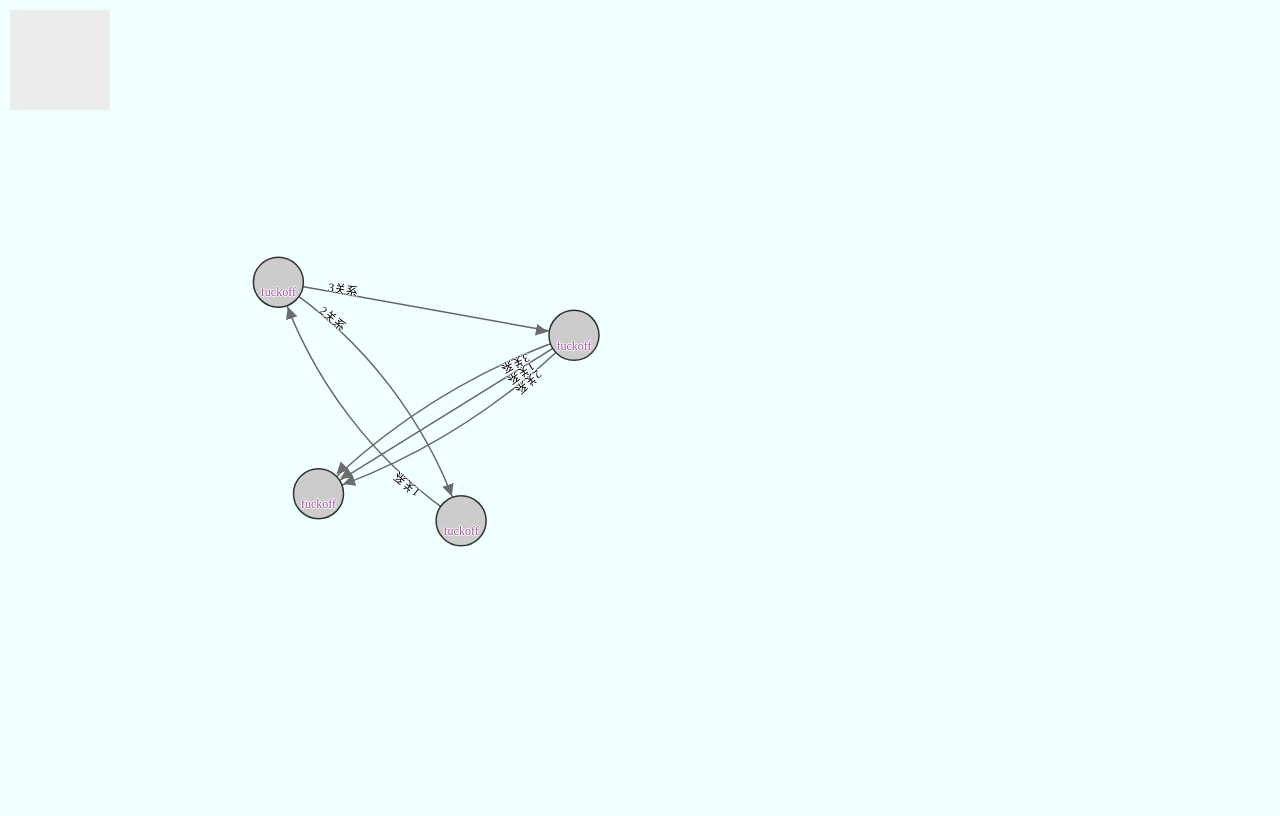
Repository: 467469274/fource
Page: index.html
These files come from the project's save history. The page is drawn as it stood at one moment and after the next save; the edit follows.
The browser window is 1280 px wide. The pictures show the whole page.
Some web libraries are served in a nearby version.

Above is the page before, as saved 2020-10-28 11:03:50.
Console error: ReferenceError: drawThumb is not defined

### index.html
<html>
  <head>
    <meta charset="utf-8" />
    <title>关系图示例</title>
    <style>
      .div-left {
        float: right;
      }
    </style>
    <!--  <script charset="utf-8" src="/ews/js/r2d3.min.js"></script> -->
    <!-- <script charset="utf-8" src="d3.v4.min.js"></script> -->
    <script src="http://d3js.org/d3.v5.min.js"></script>
    <script src="http://libs.baidu.com/jquery/2.0.0/jquery.min.js"></script>
    <script src="./index.js"></script>
    <link rel="stylesheet" href="./index.css" />
  </head>
  <body id="body" bgcolor="#F0Ffff">
    <div id="thumbMap"></div>
    <script>
              var clickTime = "";
              var links = [
                {
                  targetname: "哇哈哈",
                  relaname: "1关系",
                  sourcename: "洗刷刷",
                  source: "bh001",
                  target: "bh002",

                },
                {
                  targetname: "哇哈哈",
                  relaname: "2关系",
                  sourcename: "洗刷刷",
                  source: "bh001",

                  target: "bh002",
                },
                {
                  targetname: "哇哈哈",
                  relaname: "3关系",
                  sourcename: "洗刷刷",

                  source: "bh001",
                  target: "bh002",
                },
                {
                  targetname: "喜洋洋",
                  relaname: "2关系",
                  sourcename: "美洋洋",

                  source: "bh003",
                  target: "bh004",
                },
                {
                  targetname: "洗刷刷",
                  relaname: "3关系",

                  sourcename: "喜洋洋",
                  source: "bh003",
                  target: "bh001",
                },
                {
                  targetname: "喜洋洋",
                  relaname: "1关系",
                  sourcename: "洗刷刷",
                  source: "bh004",

                  target: "bh003",
                },
              ];
              //关系分组
              var linkGroup = {};
              var tips = {};
              var startLoc = [];
              var endLoc = [];
              var drawFlag = "";
              const circleInfo = {
                r: 25,
                stroke: 1,
              };

              // console.log(Intersection.intersectShapes)
              const lineDots = {};
              //对连接线进行统计和分组，不区分连接线的方向，只要属于同两个实体，即认为是同一组
              var linkmap = {};
              for (var i = 0; i < links.length; i++) {
                var key =
                  links[i].source < links[i].target
                    ? links[i].source + ":" + links[i].target
                    : links[i].target + ":" + links[i].source;
                if (!linkmap.hasOwnProperty(key)) {
                  linkmap[key] = 0;
                }
                linkmap[key] += 1;
                if (!linkGroup.hasOwnProperty(key)) {
                  linkGroup[key] = [];
                }
                linkGroup[key].push(links[i]);
              }
              //为每一条连接线分配size属性，同时对每一组连接线进行编号
              for (var i = 0; i < links.length; i++) {
                var key =
                  links[i].source < links[i].target
                    ? links[i].source + ":" + links[i].target
                    : links[i].target + ":" + links[i].source;
                links[i].size = linkmap[key];
                //同一组的关系进行编号
                var group = linkGroup[key];
                var keyPair = key.split(":");
                var type = "noself"; //标示该组关系是指向两个不同实体还是同一个实体
                if (keyPair[0] == keyPair[1]) {
                  type = "self";
                }
                //给节点分配编号
                setLinkNumber(group, type);
              }
              //定义参数
              var nodes = {};
              for (var i = 0; i < links.length; i++) {
                var link = links[i];
                link.selected = false;
                link.previouslySelected = false;
                link.source = nodes[link.source] = {name:link.source}
                link.target = nodes[link.target] = {name:link.target}
              }
              const ars = []
              Object.keys(nodes).forEach(key=>{
                ars.push(nodes[key])
              })
              links.forEach(function (e) {
              var sourceNode = ars.filter(function (n) {
                          return n.name === e.source.name;
                      })[0],
                      targetNode = ars.filter(function (n) {
                          return n.name === e.target.name;
                      })[0];
              e.source = sourceNode
              e.target = targetNode
          });

              //可以定义展示大小
              var width = 800,
                height = 800;
                var force = d3.forceSimulation()
            .force("link",d3.forceLink())
            .force("charge",d3.forceManyBody())
            .force("center",d3.forceCenter());
            //生成节点数据
            force.nodes(ars)
            .on("tick", tick);
        //生成边数据
        force.force("link")
            .links(links)
            .distance(300)
        // //设置图形的中心位置
        force.force("center")
            .x(width/2)
            .y(height/2);


              var svg = d3
                .select("body")
                .append("svg")
                .attr("width", width)
                .attr("height", height);

              //箭头
              var marker = svg
                .append("marker")
                .attr("id", function (d) {
                  return d;
                })
                .attr("id", "resolved")
                .attr("markerUnits", "strokeWidth") //设置为strokeWidth箭头会随着线的粗细发生变化
                .attr("markerUnits", "userSpaceOnUse")
                .attr("viewBox", "0 -5 10 10") //坐标系的区域
                .attr("refX", 32) //箭头坐标
                .attr("refY", -1)
                .attr("markerWidth", 12) //标识的大小
                .attr("markerHeight", 12)
                .attr("orient", "auto") //绘制方向，可设定为：auto（自动确认方向）和 角度值
                .attr("stroke-width", 2) //箭头宽度
                .append("path")
                .attr("d", "M0,-5L10,0L0,5") //箭头的路径
                .attr("fill", "#6c6c6c"); //箭头颜色

              // 将连接线设置为曲线
              var path = drawPath(svg)
                .on("mousemove", function (e) {
                  setTips(e, `${e.sourcename}=>${e.targetname}`);
                })
                .on("mouseout", function (e) {
                  initTips(e);
                })
                //设置直线上的字
              var edges_text = drawText(svg)

              //圆圈
              var circle = drawCircle(svg)
                .on("dblclick", function (node) {
                  // alert("names:"+node.names+" , name:"+node.name);
                  console.log(123);
                })
                //给圆圈添加单机事件
                .on("click", function (node) {
                  //单击时圆圈上的字
                  text.style("fill", function (data) {
                    return "#fff";
                  });
                  //单击时圆圈边线宽度
                  circle.style("stroke-width", function (data) {
                    return 10;
                  });
                  //单击时圆圈背景色
                  circle.style("fill", function (data) {
                    var color = "#FFFAF0"; //圆圈背景色
                  });
                  //单击时圆圈边缘线颜色
                  circle.style("stroke", function (data) {
                    return "red";
                  });
                  //单击时让连接线加粗
                  path.style("stroke-width", function (line) {
                    return 5;
                  });
                  path.style("stroke", function (line) {
                    return "red";
                  });
                  //单击时让连接线文字
                  edges_text.style("fill", function (line) {
                    return "#000000";
                  });
                })
                .on("mousemove", function (e) {
                  setTips(e);
                })
                .on("mouseout", function (e) {
                  initTips(e);
                })

              //圆圈上的字
              var text = drawCircleText(svg)

              //定义坐标
              function tick() {
                path.attr("d", pathD);
                circle.attr("transform", transform1); //圆圈
                text.attr("transform", transform2); //顶点文字
                edges_text.attr("transform", function (d, i) {
                  if (d.target.x < d.source.x) {
                    bbox = this.getBBox();
                    rx = bbox.x + bbox.width / 2;
                    ry = bbox.y + bbox.height / 2;
                    return "rotate(180 " + rx + " " + ry + ")";
                  } else {
                    return "rotate(0)";
                  }
                });
                drawThumb()
              }
              function initTips(data) {
                Object.keys(tips).forEach((key) => {
                  if (key === data.name) {
                  }
                  tips[key].attr("display", "none");
                });
              }
              function setTips(data, text) {
                if (drawFlag) return;
                const { clientX: x, clientY: y } = d3.event;
                let target;
                if (tips[data.name]) {
                  target = tips[data.name];
                  target.attr("display", "block");
                } else {
                  target = svg.append("g");
                  target
                    .append("rect")
                    .attr("width", 100)
                    .attr("height", 100)
                    .attr("fill", "red")
                    .attr("rx", 10)
                    .attr("ry", 10);
                  target
                    .append("text")
                    .text(text || data.name)
                    .attr("fill", "white")
                    .attr("x", 20)
                    .attr("y", 20)
                    .attr("text-anchor", "start")
                    .style("font-size", "20px")
                    .style("user-select", "none")
                    .style("color", "blue")
                    .attr("dy", 8);
                  tips[data.name] = target;
                }
                target.select("text").attr("x", x + 20);
                target.select("text").attr("y", y + 20);
                target.select("rect").attr("x", x);
                target.select("rect").attr("y", y);
              }
              function setLinkNumber(group, type) {
                if (group.length == 0) return;
                //对该分组内的关系按照方向进行分类，此处根据连接的实体ASCII值大小分成两部分
                var linksA = [],
                  linksB = [];
                for (var i = 0; i < group.length; i++) {
                  var link = group[i];
                  if (link.source < link.target) {
                    linksA.push(link);
                  } else {
                    linksB.push(link);
                  }
                }
                //确定关系最大编号。为了使得连接两个实体的关系曲线呈现对称，根据关系数量奇偶性进行平分。
                //特殊情况：当关系都是连接到同一个实体时，不平分
                var maxLinkNumber = 0;
                if (type == "self") {
                  maxLinkNumber = group.length;
                } else {
                  maxLinkNumber =
                    group.length % 2 == 0 ? group.length / 2 : (group.length + 1) / 2;
                }
                //如果两个方向的关系数量一样多，直接分别设置编号即可
                if (linksA.length == linksB.length) {
                  var startLinkNumber = 1;
                  for (var i = 0; i < linksA.length; i++) {
                    linksA[i].linknum = startLinkNumber++;
                  }
                  startLinkNumber = 1;
                  for (var i = 0; i < linksB.length; i++) {
                    linksB[i].linknum = startLinkNumber++;
                  }
                } else {
                  //当两个方向的关系数量不对等时，先对数量少的那组关系从最大编号值进行逆序编号，然后在对另一组数量多的关系从编号1一直编号到最大编号，再对剩余关系进行负编号
                  //如果抛开负号，可以发现，最终所有关系的编号序列一定是对称的（对称是为了保证后续绘图时曲线的弯曲程度也是对称的）
                  var biggerLinks, smallerLinks;
                  if (linksA.length > linksB.length) {
                    biggerLinks = linksA;
                    smallerLinks = linksB;
                  } else {
                    biggerLinks = linksB;
                    smallerLinks = linksA;
                  }

                  var startLinkNumber = maxLinkNumber;
                  for (var i = 0; i < smallerLinks.length; i++) {
                    smallerLinks[i].linknum = startLinkNumber--;
                  }
                  var tmpNumber = startLinkNumber;

                  startLinkNumber = 1;
                  var p = 0;
                  while (startLinkNumber <= maxLinkNumber) {
                    biggerLinks[p++].linknum = startLinkNumber++;
                  }
                  //开始负编号
                  startLinkNumber = 0 - tmpNumber;
                  for (var i = p; i < biggerLinks.length; i++) {
                    biggerLinks[i].linknum = startLinkNumber++;
                  }
                }
              }
              function drawSquare() {
                var rect = svg
                  .append("rect")
                  .attr("width", 0)
                  .attr("height", 0)
                  .attr("fill", "rgba(33,20,50,0.3)")
                  .attr("stroke", "#ccc")
                  .attr("stroke-width", "2px")
                  .attr("transform", "translate(0,0)")
                  .attr("id", "squareSelect");

                svg.on("mousedown", function () {
                  if (d3.event.target.localName === "svg") {
                    clickTime = new Date().getTime(); //mark start time
                    drawFlag = true; //以drawFlag作为可执行圈选的标记
                    // rect.attr('x',d3.event.layerX)
                    // rect.attr('y',d3.event.layerY)
                    rect.attr(
                      "transform",
                      "translate(" + d3.event.layerX + "," + d3.event.layerY + ")"
                    );
                    rect.attr("endX", d3.event.layerX);
                    rect.attr("endY", d3.event.layerY);
                    startLoc = [d3.event.layerX, d3.event.layerY];
                  }
                });

                svg.on("mousemove", function () {
                  //判断事件target
                  if (drawFlag == true) {
                    var width = d3.event.layerX - startLoc[0];
                    var height = d3.event.layerY - startLoc[1];
                    let endX, endY;
                    // 各种反向
                    if (width < 0) {
                      rect.attr(
                        "transform",
                        "translate(" + d3.event.layerX + "," + startLoc[1] + ")"
                      );
                      endX = d3.event.layerX;
                      endY = startLoc[1];
                    }
                    if (height < 0) {
                      rect.attr(
                        "transform",
                        "translate(" + startLoc[0] + "," + d3.event.layerY + ")"
                      );
                      endX = startLoc[0];
                      endY = d3.event.layerY;
                    }
                    if (height < 0 && width < 0) {
                      rect.attr(
                        "transform",
                        "translate(" + d3.event.layerX + "," + d3.event.layerY + ")"
                      );

                      endX = d3.event.layerX;
                      endY = d3.event.layerY;
                    }
                    endX && rect.attr("endX", endX);
                    endY && rect.attr("endY", endY);
                    rect
                      .attr("width", Math.abs(width))
                      .attr("height", Math.abs(height));
                  }
                });

                svg.on("mouseup", function () {
                  var times = new Date().getTime() - clickTime;
                  if (drawFlag == true && times >= 100) {
                    d3.selectAll(".regionNode").attr("temp", function (d) {
                      console.log(d);
                      endLoc = [d3.event.layerX, d3.event.layerY]; // 框选结束的点的坐标
                      if (inSquare(d, endLoc)) {
                        d3.select(this)
                          .style("fill", function (d) {
                            return this.nodeName === "path" ? "" : "pink";
                          })
                          .style("stroke", function (d) {
                            return this.nodeName === "path" ? "pink" : "";
                          });
                      }
                    });
                    rect
                      .attr("width", 0)
                      .attr("height", 0)
                      .attr("endX", 0)
                      .attr("endY", 0)
                      .attr("opacity", 1);
                  }
                  drawFlag = false;
                });
              }
              drawSquare();


      var zoomHandler = d3.zoom()
        .scaleExtent([0.1, 10]) // zoom limit
        .translateExtent([[-100, -100], [this.width + 90, this.height + 100]]) // translate limit
        .on('zoom', () => {
          this.svgGraphContainer.attr('transform', d3.event.transform)
          this.axises.xContainer.call(this.axises.x.scale(d3.event.transform.rescaleX(this.axises.xScale)))
          this.axises.yContainer.call(this.axises.y.scale(d3.event.transform.rescaleY(this.axises.yScale)))
        })
      this.svg.call(this.zoomHandler)
    </script>
  </body>
</html>

### index.js
function drawCircleText() {
  return (
    svg
      .append("g")
      .selectAll("text")
      .data(force.nodes())
      //返回缺失元素的占位对象（placeholder），指向绑定的数据中比选定元素集多出的一部分元素。
      .enter()
      .append("text")
      .attr("dy", ".35em")
      .attr("text-anchor", "middle") //在圆圈中加上数据
      .attr("fill", "#A254A2") //在圆圈中加上数据
      .attr("user-select", "#none") //在圆圈中加上数据
      .attr("x", function (d) {
        d3.select(this)
            .append("tspan")
            .attr("x", 0)
            .attr("y", 10)
            .text(function () {
              return "fuckoff";
            });
      })
  );
}
function drawPath(svg, type) {
  return svg
    .append("g")
    .selectAll("path")
    .data(links)
    .enter()
    .append("path")
    .attr("class", function (d) {
      // return type==='thumb'?"":'link';
      return "link regionNode";
    })
    .attr("id", function (d, i) {
      return "edgepath" + i;
    })
    .attr("stroke", function (d) {
      //根据关联关系的不同设置线条颜色
      return "purple";
    })
    .attr("stroke-width", type === "thumb" ? 3 / 5 : 3) //线条粗细
    .attr("marker-end", type === "thumb" ? "" : "url(#resolved)");
}
function drawText(svg) {
 var edges_text = svg
    .append("g")
    .selectAll(".edgelabel")
    .data(links)
    .enter()
    .append("text")
    .attr("pointer-events", "none")
    .attr("user-select", "none")
    .attr("class", "linetext edgelabel")
    .attr("id",function (d, i) {
      return "edgepath" + i;
    },)
    .attr("dx",50)
    .attr("dy",0)
    .append("textPath")
    .attr("xlink:href", function (d, i) {
      return "#edgepath" + i;
    })
    .style("pointer-events", "none")
    .text(function (d) {
      return d.relaname;
    });
  return edges_text;
}
function drawCircle(svg, type) {
  const r = type === "thumb" ? circleInfo.r / 5 : circleInfo.r;
  var circle = svg
    .append("g")
    .selectAll("circle")
    .data(ars) //表示使用force.nodes数据
    .enter()
    .append("circle")
    .attr("stroke-width", function (data) {
      return 1;
    })
    .attr("class", "regionNode")
    .attr("fill", function (node) {
      //圆圈背景色
      //根据客户不同定义圆圈颜色
      return "blue";
    })
    .attr("stroke", function (node) {
      //圆圈线条的颜色
      return "orange";
    }).call(d3.drag()
            .on("start",started)
            .on("drag",dragged)
            .on("end",ended))
    .attr("r", r); //设置圆圈半径
  return circle;
}

        function started(d){
            if(!d3.event.active){
                force.alphaTarget(0.8).restart();//设置衰减系数，对节点位置移动过程的模拟，数值越高移动越快，数值范围[0，1]
            }
            d.fx = d.x;
            d.fy = d.y;
        }
        function dragged(d){
            d.fx = d3.event.x;
            d.fy = d3.event.y;
        }
        function ended(d){
            if(!d3.event.active){
              force.alphaTarget(0);
            }
            d.fx = null;
            d.fy = null;
        }
function inSquare(d, endLoc) {
  var leftTop = []; // LT 为框选左上角 x,y
  var rightBottom = []; // LT 为框选左上角 x,y
  if (endLoc[0] >= startLoc[0]) {
    leftTop[0] = startLoc[0];
    rightBottom[0] = endLoc[0];
  } else {
    leftTop[0] = endLoc[0];
    rightBottom[0] = startLoc[0];
  }

  if (endLoc[1] >= startLoc[1]) {
    leftTop[1] = startLoc[1];
    rightBottom[1] = endLoc[1];
  } else {
    leftTop[1] = endLoc[1];
    rightBottom[1] = startLoc[1];
  }
  return (
    d.x < rightBottom[0] &&
    d.x > leftTop[0] &&
    d.y > leftTop[1] &&
    d.y < rightBottom[1]
  );
}

//设置圆圈和文字的坐标
function transform1(d) {
  return "translate(" + d.x + "," + d.y + ")";
}
function transform2(d) {
  return "translate(" + d.x + "," + d.y + ")";
}
function mNumber(n, type) {
  return type === "thumb" ? n / 5 : n;
}
function pathD(d, type) {
  var { x: sx, y: sy } = d.source;
  var { x: tx, y: ty } = d.target;
  sx = mNumber(sx, type);
  sy = mNumber(sy, type);
  tx = mNumber(tx, type);
  ty = mNumber(ty, type);
  //如果连接线连接的是同一个实体，则对path属性进行调整，绘制的圆弧属于长圆弧，同时对终点坐标进行微调，避免因坐标一致导致弧无法绘制
  if (d.target == d.source) {
    dr = mNumber(30 / d.linknum, type);
    return (
      "M" +
      sx +
      "," +
      sy +
      "A" +
      dr +
      "," +
      dr +
      ` 0 ${mNumber(1, type)},${mNumber(1, type)} ` +
      tx +
      "," +
      (ty + mNumber(1, type))
    );
  } else if (d.size % 2 != 0 && d.linknum == 1) {
    //如果两个节点之间的连接线数量为奇数条，则设置编号为1的连接线为直线，其他连接线会均分在两边
    return "M " + sx + "," + sy + ",L " + tx + "," + ty;
  }
  //根据连接线编号值来动态确定该条椭圆弧线的长半轴和短半轴，当两者一致时绘制的是圆弧
  //注意A属性后面的参数，前两个为长半轴和短半轴，第三个默认为0，第四个表示弧度大于180度则为1，小于则为0，这在绘制连接到相同节点的连接线时用到；第五个参数，0表示正角，1表示负角，即用来控制弧形凹凸的方向。本文正是结合编号的正负情况来控制该条连接线的凹凸方向，从而达到连接线对称的效果
  var curve = 1.2;
  var homogeneous = 1.2;
  var dx = d.target.x - d.source.x,
    dy = d.target.y - d.source.y,
    dr =
      (Math.sqrt(dx * dx + dy * dy) * (d.linknum + homogeneous)) /
      (curve * homogeneous);
  dr = mNumber(dr, type);
  //当节点编号为负数时，对弧形进行反向凹凸，达到对称效果
  if (d.linknum < 0) {
    dr =
      (Math.sqrt(dx * dx + dy * dy) * (-1 * d.linknum + homogeneous)) /
      (curve * homogeneous);
    dr = mNumber(dr, type);

    return (
      "M" + sx + "," + sy + "A" + dr + "," + dr + " 0 0,0 " + tx + "," + ty
    );
  }
  return "M" + sx + "," + sy + "A" + dr + "," + dr + " 0 0,1 " + tx + "," + ty;
}

Loaded but not shown: index.css (53 lines, source omitted)

After the next save:
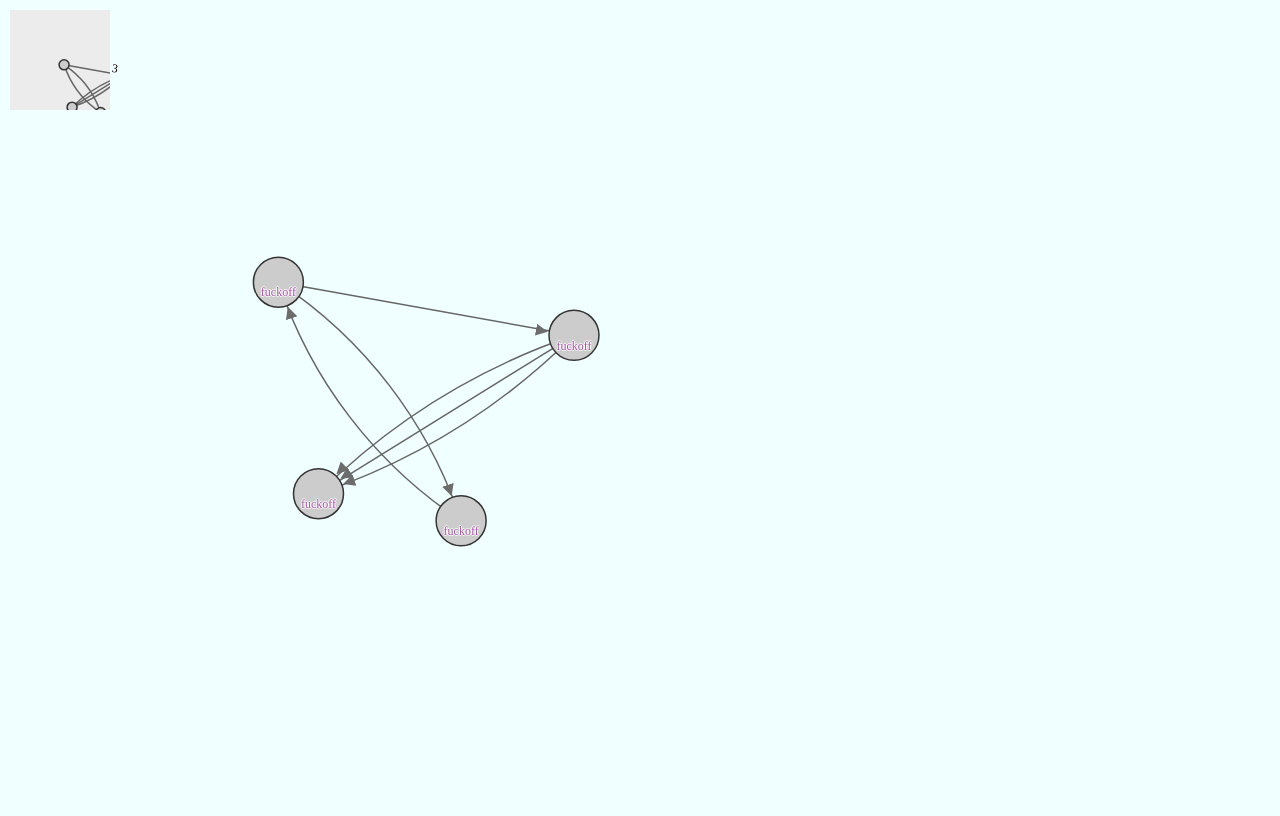
The error is gone.
Saved 1 s later.
--- a/index.js
+++ b/index.js
@@ -201,3 +201,31 @@ function pathD(d, type) {
   }
   return "M" + sx + "," + sy + "A" + dr + "," + dr + " 0 0,1 " + tx + "," + ty;
 }
+function drawThumb() {
+  //每次绘制前删除之前的图形（这是一种简单有效的动画理论，但是比较消耗资源，之后会介绍如何节省资源完成需求）
+  d3.select("#thumbSvg").remove();
+  var thumbSvg = d3
+    .select("#thumbMap")
+    .append("svg")
+    .attr("width", 100)
+    .attr("height", 100)
+    .attr("id", "thumbSvg");
+    let thumbPath = drawPath(thumbSvg,'thumb');
+    thumbPath.attr("d",(d)=>{
+      return pathD(d,'thumb');
+    });
+    thumbSvg.append("g")
+        .selectAll("circle")
+        .data(ars)
+        .enter()
+        .append("circle")
+        .attr("class","tnode")
+        .attr("r",5)//图形尺寸都要缩小
+        .attr("fill",'red')
+        .attr("cx", function (d) {
+              return d.x/5
+          })
+          .attr("cy", function(d){
+            return d.y/5
+          });
+}
